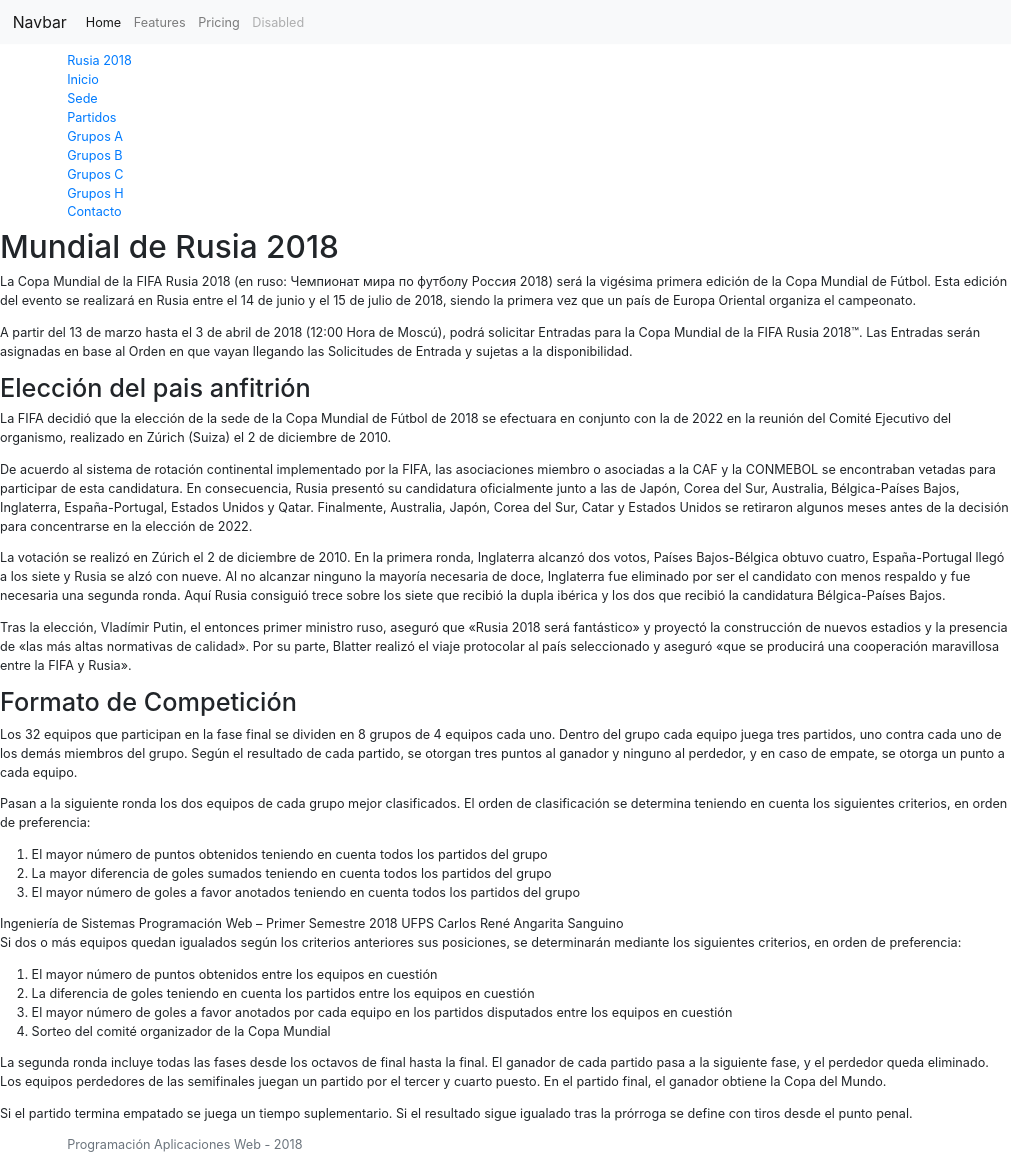
Repository: AndreyRi13/PracticaBootstrap
Page: index.html
These files come from the project's save history. The page is drawn as it stood at one moment and after the next save; the edit follows.
The browser window is 1280 px wide. The pictures show the whole page, at 79% of full size.

Above is the page before, as saved 2020-09-24 16:31:31.
Console error (its wording comes from the project's code and is left out).

### index.html
<!DOCTYPE html>
<html lang="en">
<head>
    <meta charset="UTF-8">
    <meta name="viewport" content="width=device-width, initial-scale=1.0">
    <link rel="stylesheet" href="https://stackpath.bootstrapcdn.com/bootstrap/4.5.2/css/bootstrap.min.css" integrity="sha384-JcKb8q3iqJ61gNV9KGb8thSsNjpSL0n8PARn9HuZOnIxN0hoP+VmmDGMN5t9UJ0Z" crossorigin="anonymous">
   <link rel="stylesheet" href="https://stackpath.bootstrapcdn.com/bootstrap/4.5.2/css/bootstrap.min.css" integrity="sha384-JcKb8q3iqJ61gNV9KGb8thSsNjpSL0n8PARn9HuZOnIxN0hoP+VmmDGMN5t9UJ0Z" crossorigin="anonymous">
   <link rel="stylesheet" href="https://stackpath.bootstrapcdn.com/bootstrap/4.5.2/css/bootstrap.min.css" integrity="sha384-JcKb8q3iqJ61gNV9KGb8thSsNjpSL0n8PARn9HuZOnIxN0hoP+VmmDGMN5t9UJ0Z" crossorigin="anonymous">
   <script src="https://stackpath.bootstrapcdn.com/bootstrap/4.5.2/js/bootstrap.min.js" integrity="sha384-B4gt1jrGC7Jh4AgTPSdUtOBvfO8shuf57BaghqFfPlYxofvL8/KUEfYiJOMMV+rV" crossorigin="anonymous"></script>
   <script src="https://code.jquery.com/jquery-3.5.1.slim.min.js" integrity="sha384-DfXdz2htPH0lsSSs5nCTpuj/zy4C+OGpamoFVy38MVBnE+IbbVYUew+OrCXaRkfj" crossorigin="anonymous"></script>
<script src="https://cdn.jsdelivr.net/npm/popper.js@1.16.1/dist/umd/popper.min.js" integrity="sha384-9/reFTGAW83EW2RDu2S0VKaIzap3H66lZH81PoYlFhbGU+6BZp6G7niu735Sk7lN" crossorigin="anonymous"></script>

<script src="https://ajax.googleapis.com/ajax/libs/jquery/1.12.4/jquery.min.js"></script>
<title>Practica Bootstrap</title>
</head>
<body>

    <nav class="navbar navbar-expand-lg navbar-light bg-light">
        <a class="navbar-brand" href="#">Navbar</a>
        <button class="navbar-toggler" type="button" data-toggle="collapse" data-target="#navbarNav" aria-controls="navbarNav" aria-expanded="false" aria-label="Toggle navigation">
          <span class="navbar-toggler-icon"></span>
        </button>
        <div class="collapse navbar-collapse" id="navbarNav">
          <ul class="navbar-nav">
            <li class="nav-item active">
              <a class="nav-link" href="#">Home <span class="sr-only">(current)</span></a>
            </li>
            <li class="nav-item">
              <a class="nav-link" href="#">Features</a>
            </li>
            <li class="nav-item">
              <a class="nav-link" href="#">Pricing</a>
            </li>
            <li class="nav-item">
              <a class="nav-link disabled" href="#" tabindex="-1" aria-disabled="true">Disabled</a>
            </li>
          </ul>
        </div>
      </nav>

    <nav class="navbar navbar-default">
        <div class="container">
        <div class="navbar-header">
    <ul class="nav navbar-nav">

        <a href="#">Rusia 2018</a>

        <li class="activate"><a href="#">Inicio</a></li>
        <li ><a href="#">Sede</a></li>
        <li ><a href="#">Partidos</a></li>
        <li ><a href="#">Grupos A</a></li>
        <li ><a href="#">Grupos B</a></li>
        <li ><a href="#">Grupos C</a></li>
        <li ><a href="#" class="">Grupos H</a>

            <ul class="dropdown-menu">
                <li><a href="#">Polonia</a></li>
                <li><a href="#">Senegal</a></li>
                <li><a href="#">Colombia</a></li>
                <li><a href="#">Japon</a></li>

            </ul>
        </li>

        <li ><a href="#">Contacto</a></li>
        </ul>
    </ul>
        </div>
        </div>
        </nav>
        <script src="https://ajax.googleapis.com/ajax/libs/jquery/1.12.4/jquery.min.js"></script>

        <div class="page-header">
        <h1>Mundial de Rusia 2018</h1>
        </div>

        <div>
        <p>La Copa Mundial de la FIFA Rusia 2018 (en ruso: Чемпионат мира по футболу Россия
        2018) será la vigésima primera edición de la Copa Mundial de Fútbol. Esta edición del evento se
        realizará en Rusia entre el 14 de junio y el 15 de julio de 2018, siendo la primera vez que un país de
        Europa Oriental organiza el campeonato.</p>
        <p>A partir del 13 de marzo hasta el 3 de abril de 2018 (12:00 Hora de Moscú), podrá solicitar
        Entradas para la Copa Mundial de la FIFA Rusia 2018™. Las Entradas serán asignadas en base al
        Orden en que vayan llegando las Solicitudes de Entrada y sujetas a la disponibilidad.</p>
        <h2>Elección del pais anfitrión</h2>
        <p>La FIFA decidió que la elección de la sede de la Copa Mundial de Fútbol de 2018 se
        efectuara en conjunto con la de 2022 en la reunión del Comité Ejecutivo del organismo, realizado en
        Zúrich (Suiza) el 2 de diciembre de 2010.</p>
        <p>De acuerdo al sistema de rotación continental implementado por la FIFA, las asociaciones
        miembro o asociadas a la CAF y la CONMEBOL se encontraban vetadas para participar de esta
        candidatura. En consecuencia, Rusia presentó su candidatura oficialmente junto a las de Japón, Corea
        del Sur, Australia, Bélgica-Países Bajos, Inglaterra, España-Portugal, Estados Unidos y Qatar.
        Finalmente, Australia, Japón, Corea del Sur, Catar y Estados Unidos se retiraron algunos meses antes
        de la decisión para concentrarse en la elección de 2022.</p>
        <p>La votación se realizó en Zúrich el 2 de diciembre de 2010. En la primera ronda, Inglaterra
        alcanzó dos votos, Países Bajos-Bélgica obtuvo cuatro, España-Portugal llegó a los siete y Rusia se
        alzó con nueve. Al no alcanzar ninguno la mayoría necesaria de doce, Inglaterra fue eliminado por ser
        el candidato con menos respaldo y fue necesaria una segunda ronda. Aquí Rusia consiguió trece
        sobre los siete que recibió la dupla ibérica y los dos que recibió la candidatura Bélgica-Países
        Bajos.</p>
        <p>Tras la elección, Vladímir Putin, el entonces primer ministro ruso, aseguró que «Rusia
        2018 será fantástico» y proyectó la construcción de nuevos estadios y la presencia de «las más altas
        normativas de calidad». Por su parte, Blatter realizó el viaje protocolar al país seleccionado y aseguró
        «que se producirá una cooperación maravillosa entre la FIFA y Rusia».</p>
        <h2>Formato de Competición</h2>
        <p>Los 32 equipos que participan en la fase final se dividen en 8 grupos de 4 equipos cada
        uno. Dentro del grupo cada equipo juega tres partidos, uno contra cada uno de los demás miembros
        del grupo. Según el resultado de cada partido, se otorgan tres puntos al ganador y ninguno al
        perdedor, y en caso de empate, se otorga un punto a cada equipo.</p>
        <p>Pasan a la siguiente ronda los dos equipos de cada grupo mejor clasificados. El orden de
        clasificación se determina teniendo en cuenta los siguientes criterios, en orden de preferencia:</p>
        <ol>
        <li>El mayor número de puntos obtenidos teniendo en cuenta todos los partidos del
        grupo</li>
        <li>La mayor diferencia de goles sumados teniendo en cuenta todos los partidos del
        grupo</li>
        <li>El mayor número de goles a favor anotados teniendo en cuenta todos los partidos
        del grupo</li>
        </ol>
        Ingeniería de Sistemas Programación Web – Primer Semestre 2018
        UFPS
        Carlos René Angarita Sanguino
        <p>Si dos o más equipos quedan igualados según los criterios anteriores sus posiciones, se
        determinarán mediante los siguientes criterios, en orden de preferencia:</p>
        <ol>
        <li>El mayor número de puntos obtenidos entre los equipos en cuestión</li>
        <li>La diferencia de goles teniendo en cuenta los partidos entre los equipos en
        cuestión</li>
        <li>El mayor número de goles a favor anotados por cada equipo en los partidos
        disputados entre los equipos en cuestión</li>
        <li>Sorteo del comité organizador de la Copa Mundial</li>
        </ol>
        <p>La segunda ronda incluye todas las fases desde los octavos de final hasta la final. El
        ganador de cada partido pasa a la siguiente fase, y el perdedor queda eliminado. Los equipos
        perdedores de las semifinales juegan un partido por el tercer y cuarto puesto. En el partido final, el
        ganador obtiene la Copa del Mundo.</p>
        <p>Si el partido termina empatado se juega un tiempo suplementario. Si el resultado sigue
        igualado tras la prórroga se define con tiros desde el punto penal.</p>
        </div>
        <footer class="footer">
            <div class="container">
                <p class="text-muted">Programación Aplicaciones Web - 2018</p>
            </div>
        </footer>
        <script src="https://code.jquery.com/jquery-3.5.1.slim.min.js" integrity="sha384-DfXdz2htPH0lsSSs5nCTpuj/zy4C+OGpamoFVy38MVBnE+IbbVYUew+OrCXaRkfj" crossorigin="anonymous"></script>
        <script src="https://cdn.jsdelivr.net/npm/popper.js@1.16.1/dist/umd/popper.min.js" integrity="sha384-9/reFTGAW83EW2RDu2S0VKaIzap3H66lZH81PoYlFhbGU+6BZp6G7niu735Sk7lN" crossorigin="anonymous"></script>
        <script src="https://stackpath.bootstrapcdn.com/bootstrap/4.5.2/js/bootstrap.min.js" integrity="sha384-B4gt1jrGC7Jh4AgTPSdUtOBvfO8shuf57BaghqFfPlYxofvL8/KUEfYiJOMMV+rV" crossorigin="anonymous"></script>

</body>


</html>

After the next save:
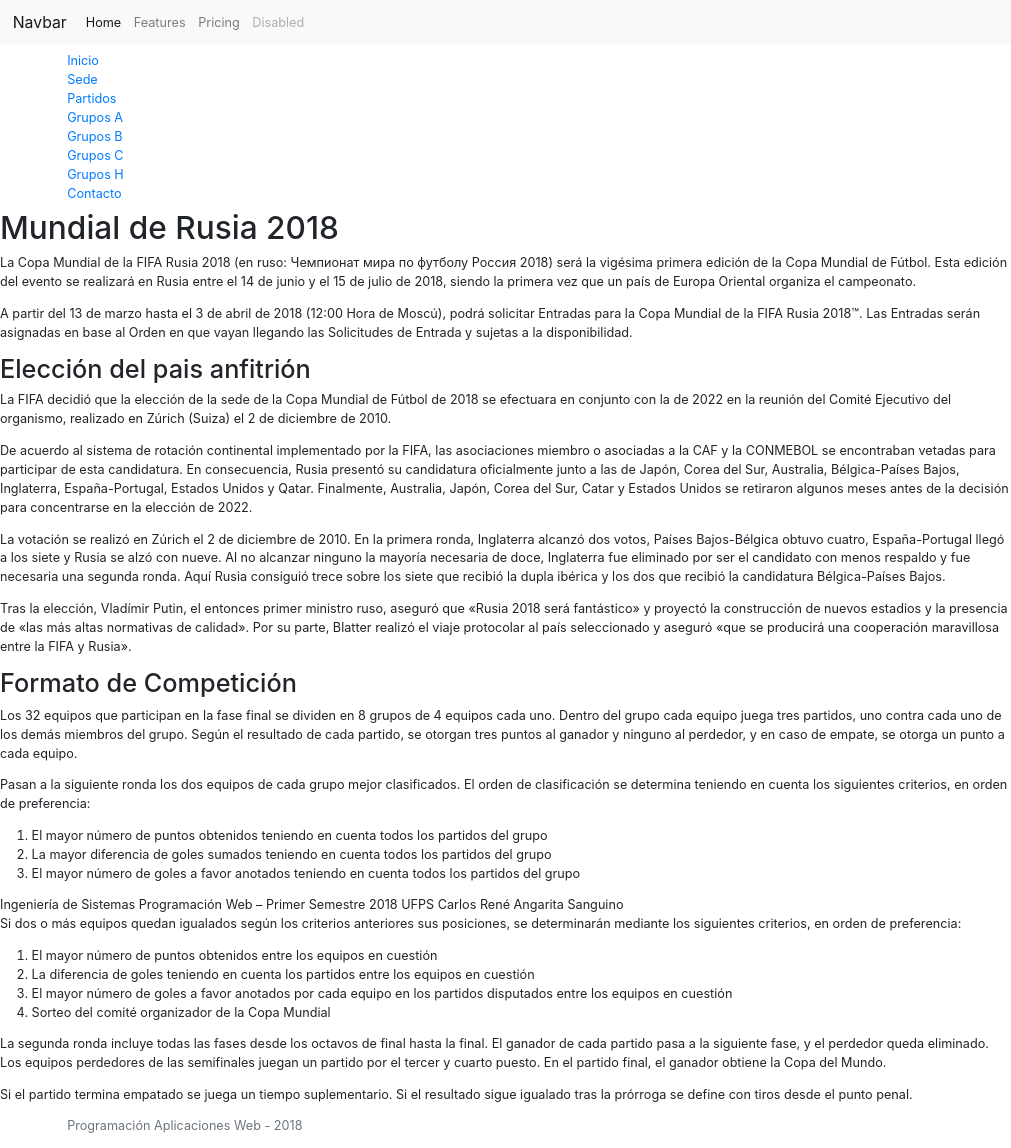
Saved 7 s later.
--- a/index.html
+++ b/index.html
@@ -43,7 +43,7 @@
         <div class="navbar-header">
     <ul class="nav navbar-nav">
 
-        <a href="#">Rusia 2018</a>
+        <a href="#"></a>
 
         <li class="activate"><a href="#">Inicio</a></li>
         <li ><a href="#">Sede</a></li>
